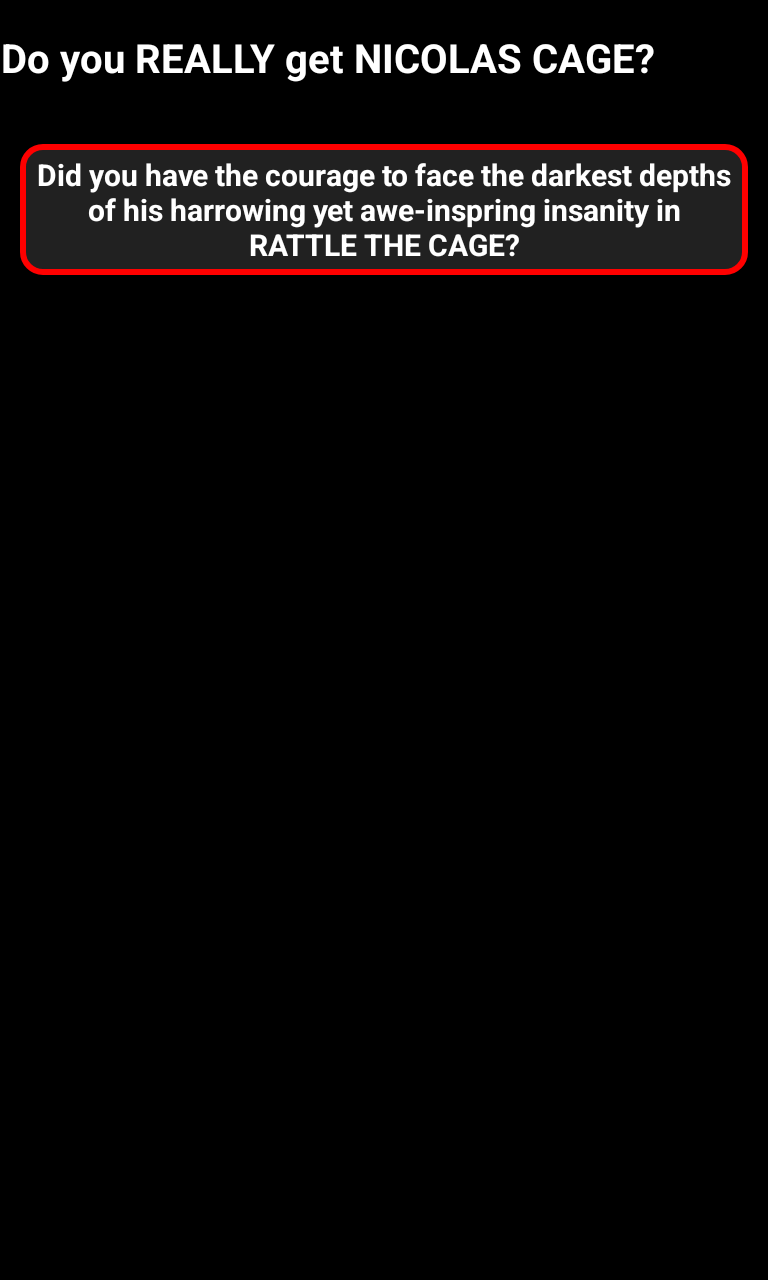
Repository: kylenicola/NicCageMobileApp
Layout: NicolasCageApp/res/layout/activity_score_menu.xml
These files come from the project's save history. The layout is drawn as it stood at one moment and after the next save; the edit follows.
It is drawn on a 768 x 1280 px phone screen (xhdpi) without system bars, with theme AppTheme; the app's code is not run.

Above is the layout before, as saved 2014-12-04 02:29:53.

After the next save:
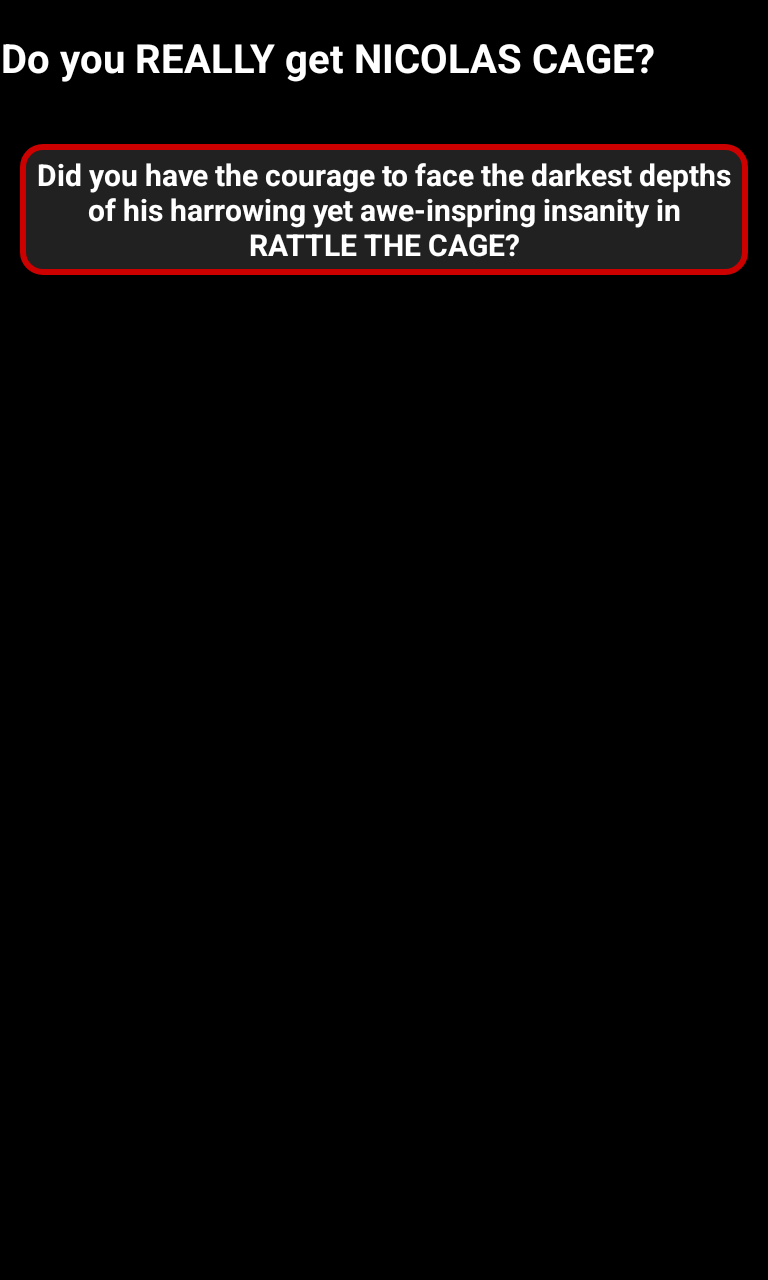
Saved 38 s later.
--- a/NicolasCageApp/res/drawable/score_menu_button_style.xml
+++ b/NicolasCageApp/res/drawable/score_menu_button_style.xml
@@ -11,7 +11,7 @@
     <!-- view border color and width -->
     <stroke
         android:width="3dp"
-        android:color="@android:color/red" >
+        android:color="#cd0000" >
     </stroke>
 
     <!-- If you want to add some padding -->
